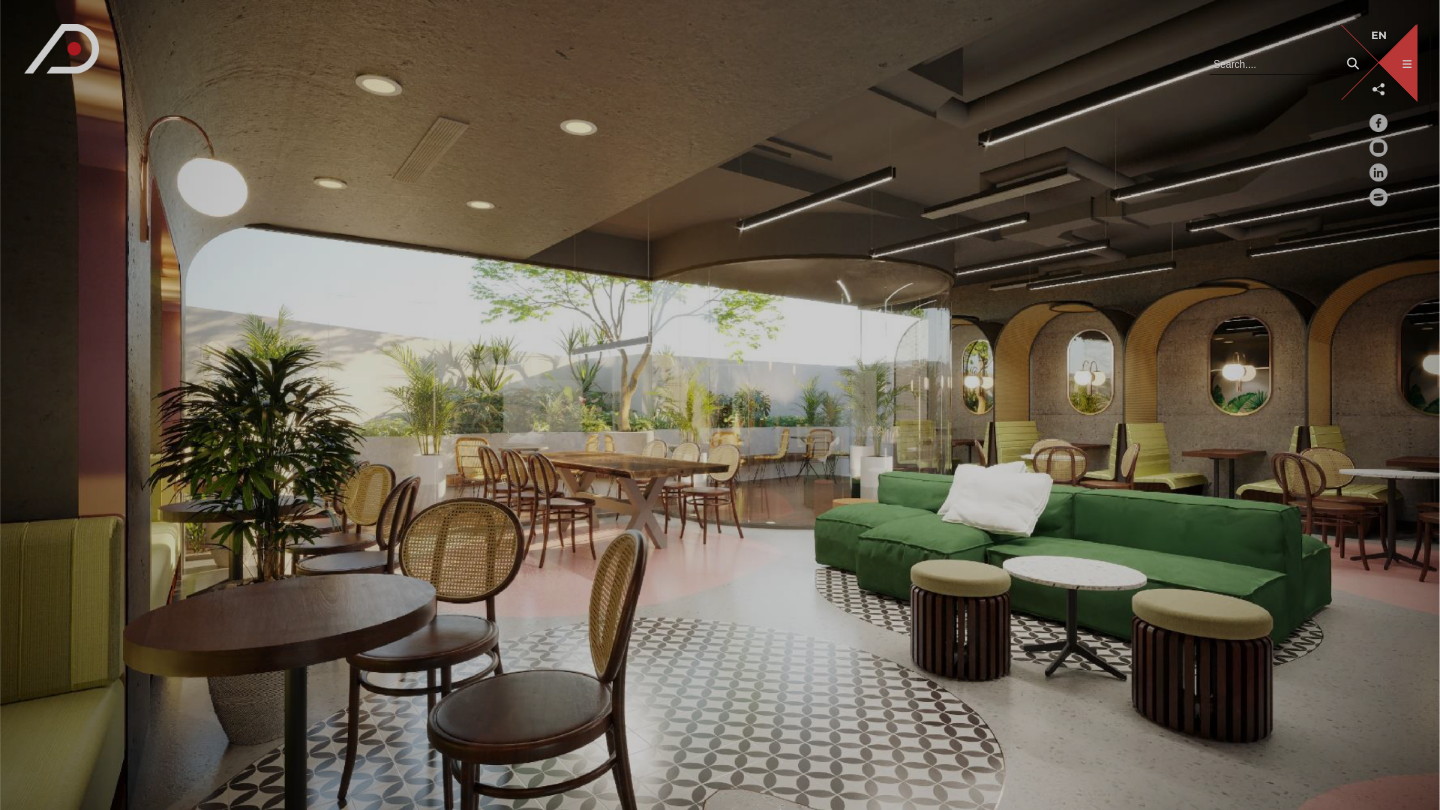
Repository: iphoneboy46/demoMonaFigma
Page: index.html
These files come from the project's save history. The page is drawn as it stood at one moment and after the next save; the edit follows.
The browser window is 1280 px wide. The page is 1920 px wide, so the pictures cover 1920 px, including what lies to the right of the window. The pictures show the whole page, at 75% of full size.
Some web libraries are served in a nearby version.

Above is the page before, as saved 2023-03-20 13:17:56.

After the next save:
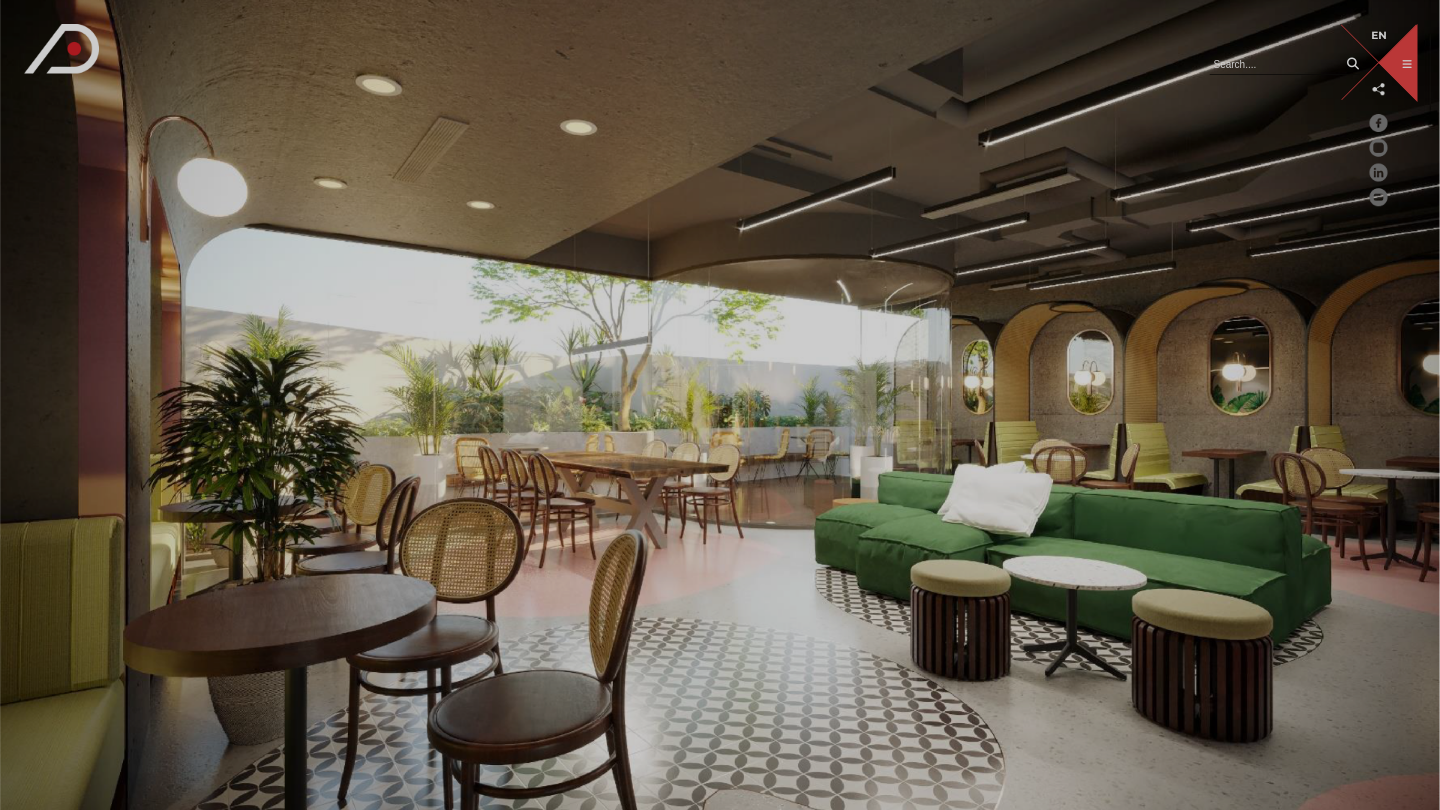
Saved 8 s later.
--- a/style.css
+++ b/style.css
@@ -226,5 +226,5 @@ header {
 .header_menu--links > li > a > img {
    width: 24px;
    height: 24px;
-   filter: brightness(80%);
-}
+   filter: brightness(50%);
+}
